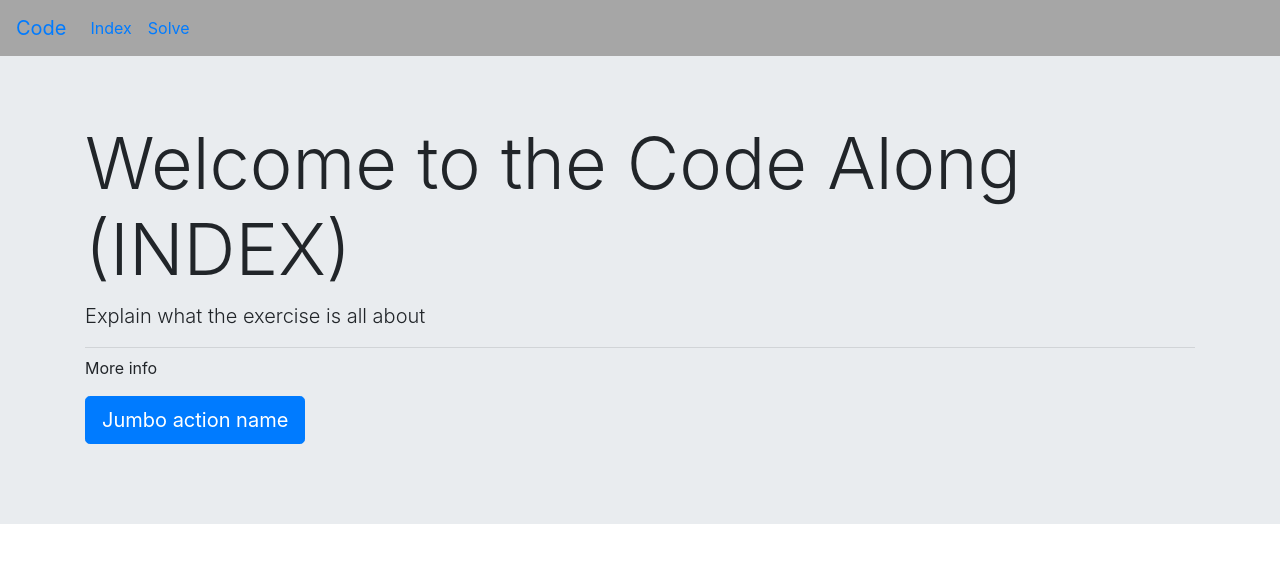
Repository: zhadjah9559/TacocatGrammar
Page: code.html
An editor plug-in stored every save of this project. The page is shown before and after a run of saves, followed by the edit.
The browser window is 1280 px wide. The pictures show the whole page.

Above is the page before, as saved 2021-01-11 23:31:38.

### code.html
<!doctype html>
<html lang="en">
  <head>
    <title>Code</title>
    <!-- Required meta tags -->
    <meta charset="utf-8">
    <meta name="viewport" content="width=device-width, initial-scale=1, shrink-to-fit=no">

    <!-- Bootstrap CSS -->
    <link rel="stylesheet" href="https://stackpath.bootstrapcdn.com/bootstrap/4.3.1/css/bootstrap.min.css" integrity="sha384-ggOyR0iXCbMQv3Xipma34MD+dH/1fQ784/j6cY/iJTQUOhcWr7x9JvoRxT2MZw1T" crossorigin="anonymous">
    <link rel="stylesheet" href="css/custom.css">
  </head>
  <body>

    <nav class="navbar navbar-expand-sm" style="background-color: #A6A6A6;">
        <a class="navbar-brand" href="#">Code</a>
        <button class="navbar-toggler d-lg-none" type="button" data-toggle="collapse" data-target="#collapsibleNavId" aria-controls="collapsibleNavId"
            aria-expanded="false" aria-label="Toggle navigation"></button>
        <div class="collapse navbar-collapse" id="collapsibleNavId">
            <ul class="navbar-nav mr-auto mt-2 mt-lg-0">
                <li class="nav-item active">
                    <a class="nav-link" href="index.html">Index<span class="sr-only">(current)</span></a>
                </li>
                <li class="nav-item">
                    <a class="nav-link" href="solve.html">Solve</a>
                </li>
            </ul>
        </div>
    </nav>


    <div class="jumbotron jumbotron-fluid">
        <div class="container">
            <h1 class="display-3">Welcome to the Code Along (INDEX)</h1>
            <p class="lead">Explain what the exercise is all about</p>
            <hr class="my-2">
            <p>More info</p>
            <p class="lead">
                <a class="btn btn-primary btn-lg" href="Jumbo action link" role="button">Jumbo action name</a>
            </p>
        </div>
    </div>

    <!-- Optional JavaScript -->
    <!-- jQuery first, then Popper.js, then Bootstrap JS -->
    <script src="https://code.jquery.com/jquery-3.3.1.slim.min.js" integrity="sha384-q8i/X+965DzO0rT7abK41JStQIAqVgRVzpbzo5smXKp4YfRvH+8abtTE1Pi6jizo" crossorigin="anonymous"></script>
    <script src="https://cdnjs.cloudflare.com/ajax/libs/popper.js/1.14.7/umd/popper.min.js" integrity="sha384-UO2eT0CpHqdSJQ6hJty5KVphtPhzWj9WO1clHTMGa3JDZwrnQq4sF86dIHNDz0W1" crossorigin="anonymous"></script>
    <script src="https://stackpath.bootstrapcdn.com/bootstrap/4.3.1/js/bootstrap.min.js" integrity="sha384-JjSmVgyd0p3pXB1rRibZUAYoIIy6OrQ6VrjIEaFf/nJGzIxFDsf4x0xIM+B07jRM" crossorigin="anonymous"></script>
  </body>
</html>

### css/custom.css
/*.navbar .navbar-expand-sm{
    background-color: #A6A6A6;
}

^^Not working atm*/

After the next 2 saves:
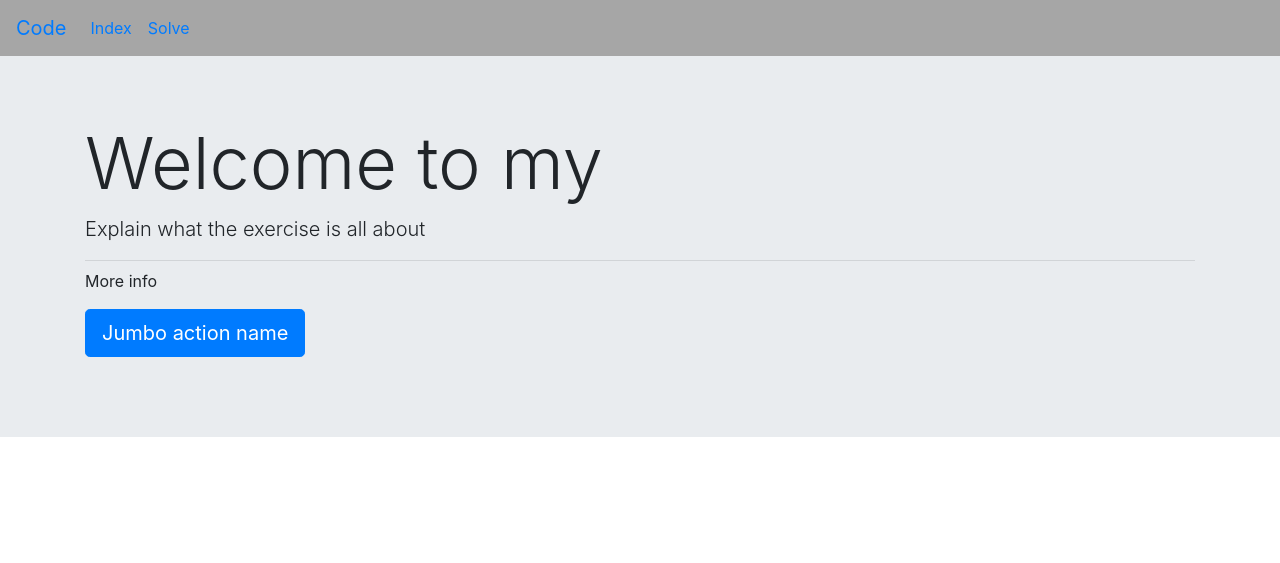
The 2 saves are shown as one change because they came seconds apart.
The last was saved 47 s later.
--- a/code.html
+++ b/code.html
@@ -31,7 +31,7 @@
 
     <div class="jumbotron jumbotron-fluid">
         <div class="container">
-            <h1 class="display-3">Welcome to the Code Along (INDEX)</h1>
+            <h1 class="display-3">Welcome to my </h1>
             <p class="lead">Explain what the exercise is all about</p>
             <hr class="my-2">
             <p>More info</p>
